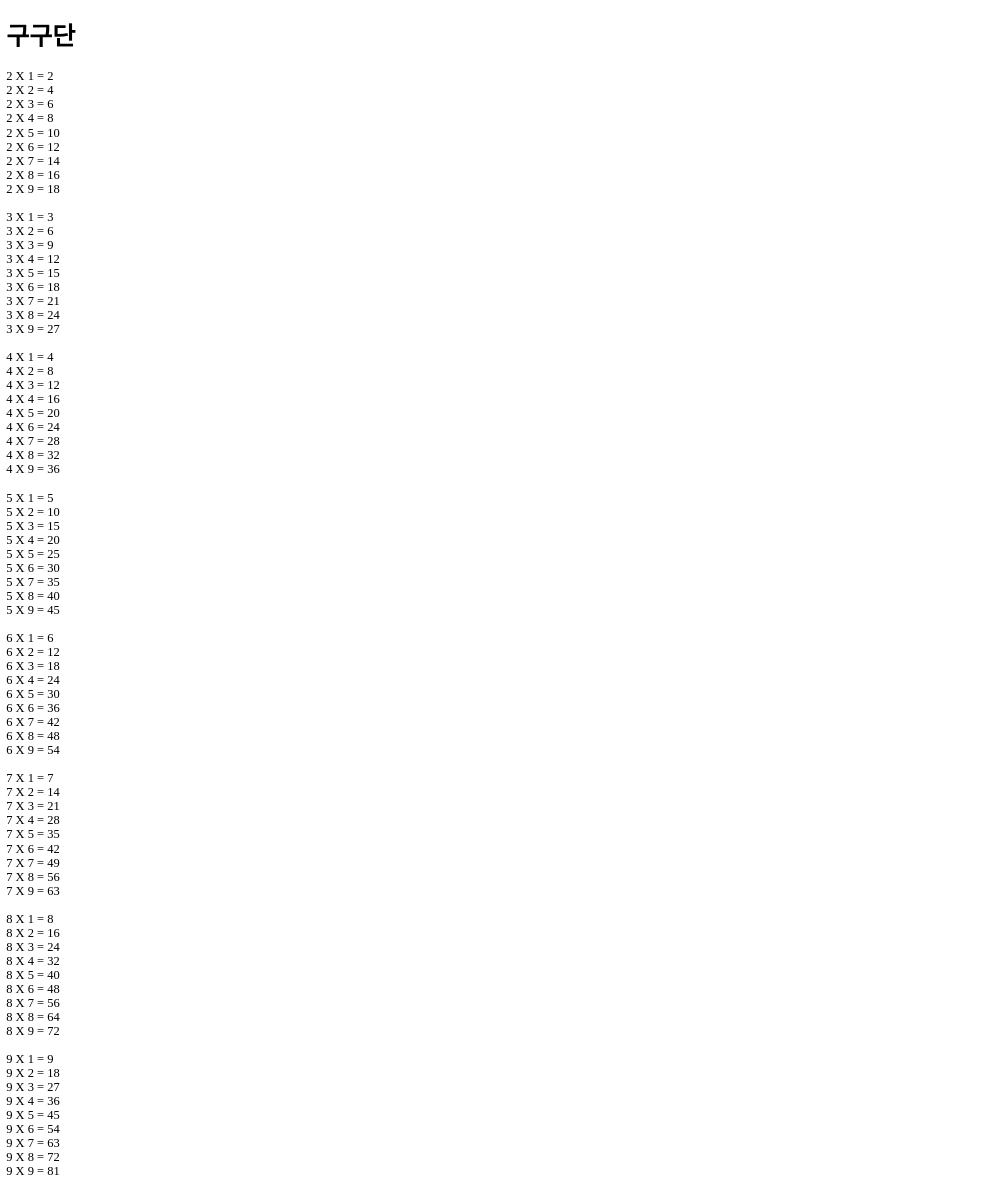
Repository: lhk21go-commits/Jsp2026
Page: http://localhost/chapter01/test02.jsp
The author's editor kept a copy of each file at every save. The page is drawn from the files as they stood at one save, then again after the next save.
The browser window is 1280 px wide. The pictures show the whole page, at 78% of full size.
The page is served by Tomcat 9.

Above is the page before, as saved 2026-10-16 03:09:46.

### chapter01/src/main/webapp/test02.jsp
<%@ page language="java" contentType="text/html; charset=UTF-8"
    pageEncoding="UTF-8" import="java.util.*"%>
<!DOCTYPE html>
<html>
<head>
<meta charset="UTF-8">
<title>Insert title here</title>
</head>
<body>
<!-- 구구단 2단 ~ 9단까지 모두 출력할 것 -->
	<h1>구구단</h1>

<%	for(int i=2; i<=9; i++){
		for(int j=1; j<=9; j++){	%>
			<%= i + " X " + j + " = "+ i*j %><br/>
			<%-- <%=i%>*<%=X%>=<%=i*j%><br/> --%>
		<% }%><br/>
		<%} %>


</body>
</html>

After the next save:
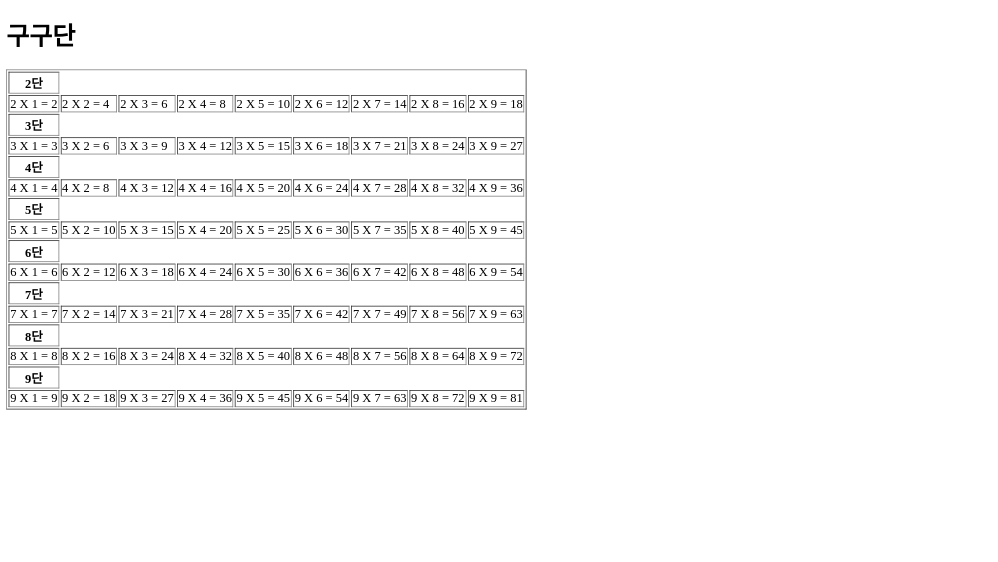
Saved 11 min 8 s later.
--- a/chapter01/src/main/webapp/test02.jsp
+++ b/chapter01/src/main/webapp/test02.jsp
@@ -9,14 +9,15 @@
 <body>
 <!-- 구구단 2단 ~ 9단까지 모두 출력할 것 -->
 	<h1>구구단</h1>
+	<table border=1>
+<%	for(int i=2; i<=9; i++){%>
+		<tr><th><%=i+"단" %></th><tr>
+		<% for(int j=1; j<=9; j++){	%>
+			<td><%= i + " X " + j + " = "+ i*j %></td>
+			<%-- <%=i%>*<%=X%>=<%=i*j%><br/> --%>
+		<% }%></tr>
+		<%} %></tr>
 
-<%	for(int i=2; i<=9; i++){
-		for(int j=1; j<=9; j++){	%>
-			<%= i + " X " + j + " = "+ i*j %><br/>
-			<%-- <%=i%>*<%=X%>=<%=i*j%><br/> --%>
-		<% }%><br/>
-		<%} %>
-
-
+	</table>
 </body>
 </html>
